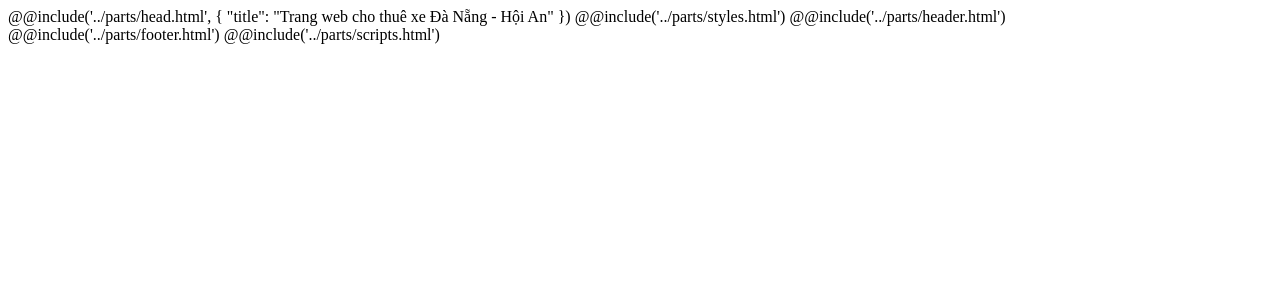
Repository: thanhthien0706/last_project--fe004
Page: lastProductF004/src/views/pages/index.html
The author's editor kept a copy of each file at every save. The page is drawn from the files as they stood at one save, then again after the next save.
The browser window is 1280 px wide. The pictures show the whole page.

Above is the page before, as saved 2021-09-16 19:05:09.

After the next save:
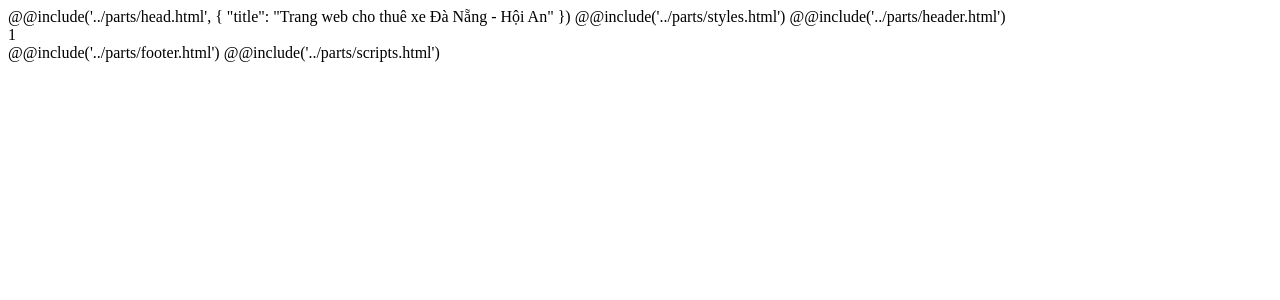
Saved 18 s later.
--- a/lastProductF004/src/views/pages/index.html
+++ b/lastProductF004/src/views/pages/index.html
@@ -15,7 +15,7 @@
 
     <section class="section_01">
       <div class="container_new_edit">
-
+        1
       </div>
     </section>
 
